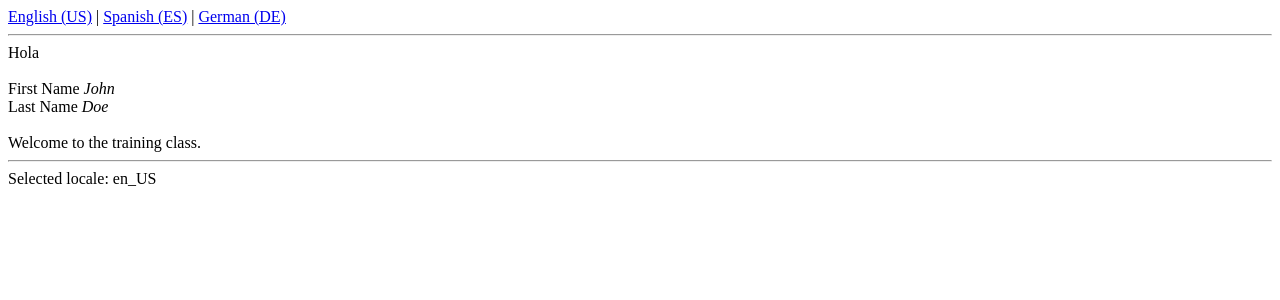
Repository: souptikmaiti/j2ee-practice
Page: http://localhost/tagdemo/i18n-messages-test.jsp
An editor plug-in stored every save of this project. The page is shown before and after a run of saves, followed by the edit.
The browser window is 1280 px wide. The pictures show the whole page.
The page is served by Tomcat 9. Other server files are loaded and not shown.

Above is the page before, as saved 2021-01-10 09:10:34.

### tagdemo/WebContent/i18n-messages-test.jsp
<%@ taglib uri="http://java.sun.com/jsp/jstl/core" prefix="c" %>

<%@ taglib uri="http://java.sun.com/jsp/jstl/fmt" prefix="fmt" %>

<c:set var="theLocale"
value="${not empty param.theLocale ? param.theLocale : pageContext.request.locale}"
scope="session" />

<fmt:setLocale value="${theLocale}" />

<fmt:setBundle basename="com.tagdemo.jsp.i18n.resources.mylabels" />

<html>

<body>

<a href="i18n-messages-test.jsp?theLocale=en_US">English (US)</a>
 |
<a href="i18n-messages-test.jsp?theLocale=es_ES">Spanish (ES)</a>
 |
<a href="i18n-messages-test.jsp?theLocale=de_DE">German (DE)</a>

<hr>

<fmt:message key="label.greeting" /> <br/> <br/>

<fmt:message key="label.firstname" /> <i>John</i> <br/>

<fmt:message key="label.lastname" /> <i>Doe</i> <br/><br/>

<fmt:message key="label.welcome" /> <br/>

<hr>

Selected locale: ${theLocale}

</body>

</html>

After the next 3 saves:
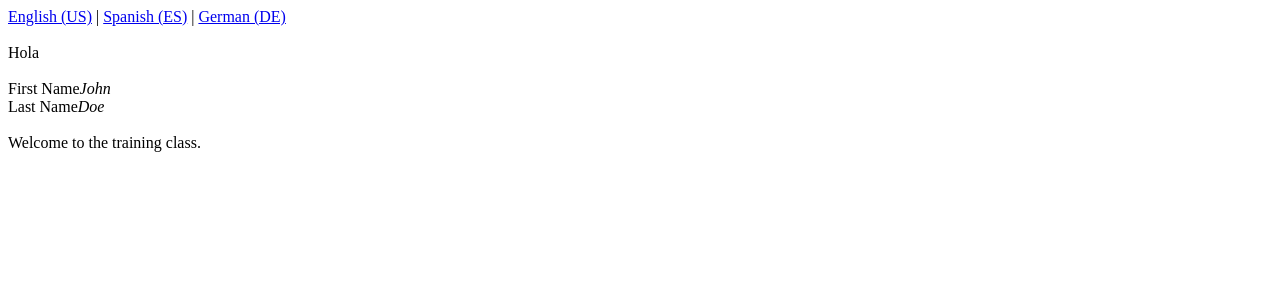
The 3 saves are shown as one change because 2 did not build or start.
The last was saved 3 min 48 s later.
--- a/tagdemo/WebContent/i18n-messages-test.jsp
+++ b/tagdemo/WebContent/i18n-messages-test.jsp
@@ -1,9 +1,8 @@
 <%@ taglib uri="http://java.sun.com/jsp/jstl/core" prefix="c" %>
-
 <%@ taglib uri="http://java.sun.com/jsp/jstl/fmt" prefix="fmt" %>
 
-<c:set var="theLocale"
-value="${not empty param.theLocale ? param.theLocale : pageContext.request.locale}"
+
+<c:set var="theLocale" value="${not empty param.theLocale ? param.theLocale : pageContext.request.locale}"
 scope="session" />
 
 <fmt:setLocale value="${theLocale}" />
@@ -11,28 +10,23 @@ scope="session" />
 <fmt:setBundle basename="com.tagdemo.jsp.i18n.resources.mylabels" />
 
 <html>
-
 <body>
 
 <a href="i18n-messages-test.jsp?theLocale=en_US">English (US)</a>
- |
+|
 <a href="i18n-messages-test.jsp?theLocale=es_ES">Spanish (ES)</a>
- |
+|
 <a href="i18n-messages-test.jsp?theLocale=de_DE">German (DE)</a>
+<br><br>
 
-<hr>
 
-<fmt:message key="label.greeting" /> <br/> <br/>
+<fmt:message key="label.greeting" /> <br><br>
 
-<fmt:message key="label.firstname" /> <i>John</i> <br/>
+<fmt:message key="label.firstname" /><i>John</i> <br>
 
-<fmt:message key="label.lastname" /> <i>Doe</i> <br/><br/>
+<fmt:message key="label.lastname" /><i>Doe</i> <br><br>
 
-<fmt:message key="label.welcome" /> <br/>
-
-<hr>
-
-Selected locale: ${theLocale}
+<fmt:message key="label.welcome" /> <br>
 
 </body>
 
